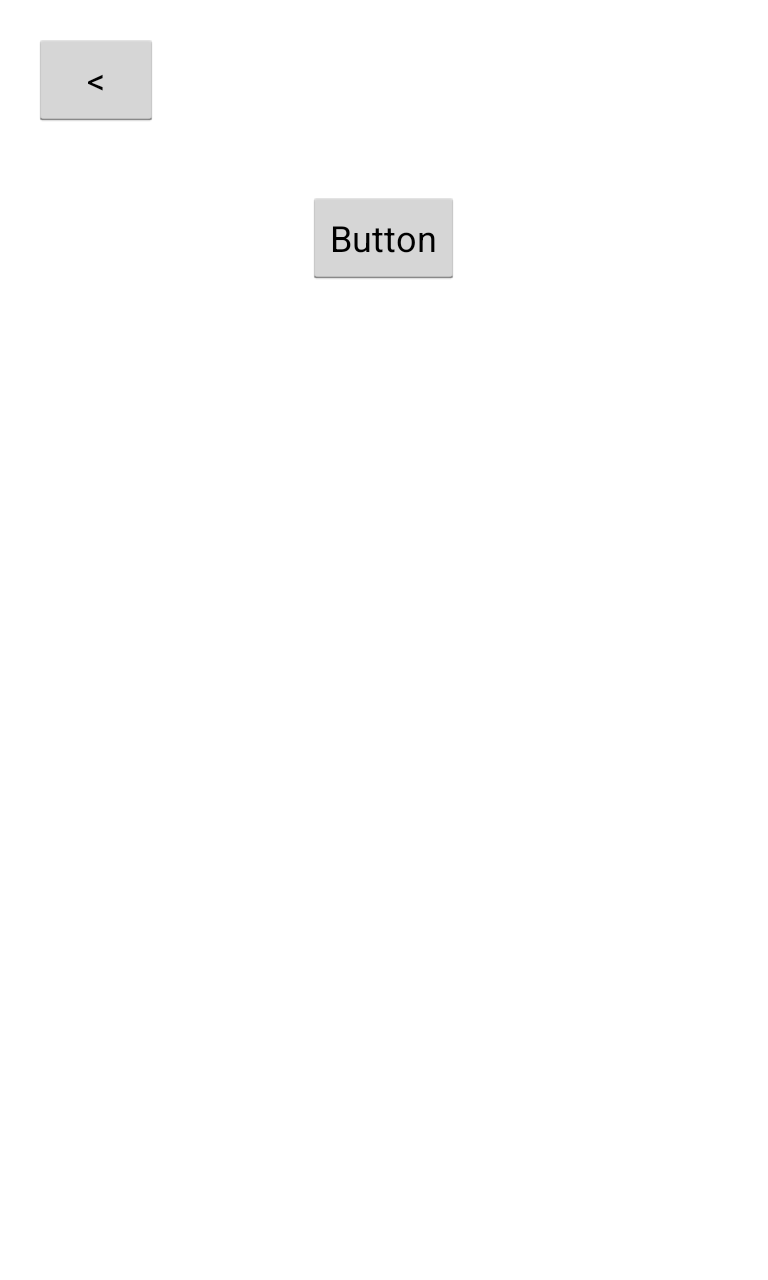
Repository: wsovran/group4
Layout: workspace/Archer/res/layout/activity_new_game.xml
An editor plug-in stored every save of this project. The layout is shown before and after the next save, followed by the edit.
It is drawn on a 768 x 1280 px phone screen (xhdpi) without system bars, with theme AppTheme; the app's code is not run.

Above is the layout before, as saved 2014-03-24 22:42:22.

After the next save:
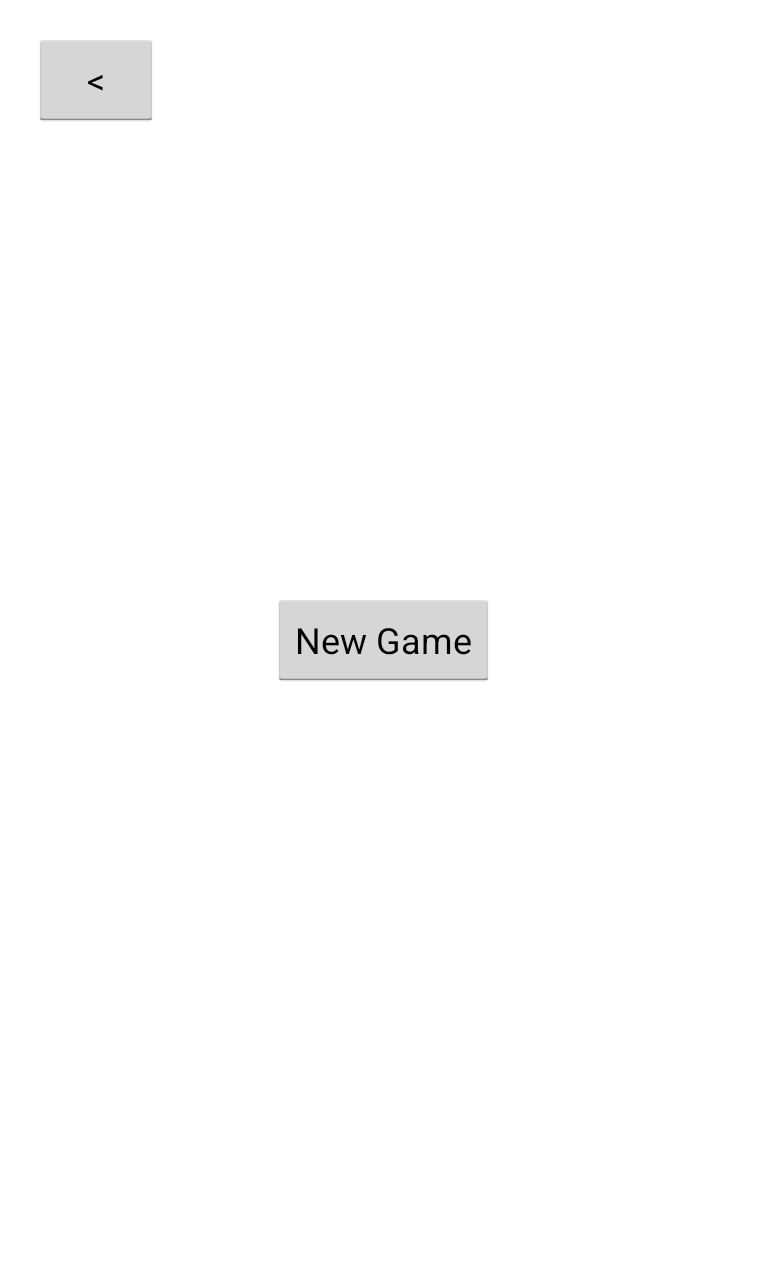
Saved 38 s later.
--- a/workspace/Archer/res/layout/activity_new_game.xml
+++ b/workspace/Archer/res/layout/activity_new_game.xml
@@ -21,9 +21,9 @@
         android:id="@+id/button2"
         android:layout_width="wrap_content"
         android:layout_height="wrap_content"
-        android:layout_below="@+id/button1"
         android:layout_centerHorizontal="true"
-        android:layout_marginTop="31dp"
-        android:text="Button" />
+        android:layout_centerVertical="true"
+        android:onClick="sendGame"
+        android:text="@string/NewGame" />
 
 </RelativeLayout>
